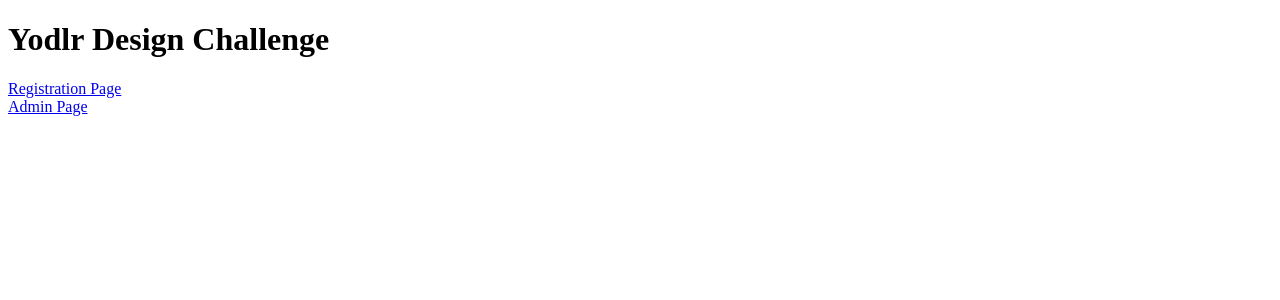
Repository: rmdayberry/yodlr-take-home
Page: public/index.html
The author's editor kept a copy of each file at every save. The page is drawn from the files as they stood at one save, then again after the next save.
The browser window is 1280 px wide. The pictures show the whole page.

Above is the page before, as saved 2024-10-09 08:40:24.

### public/index.html
<!DOCTYPE html>
<html>
<head>
  <meta charset=utf-8>
  <title>Yodlr Design Challenge</title>
</head>
<body>
  <h1>Yodlr Design Challenge</h1>
  <p>
    <a href="/signup.html">Registration Page</a><br/>
    <a href="/admin.html">Admin Page</a>
  </p>
</body>
</html>

### public/css/styles.css
@import url("https://fonts.googleapis.com/css2?family=Roboto:wght@400;500;700&display=swap");

body {
  font-family: "Roboto", sans-serif;
}

After the next save:
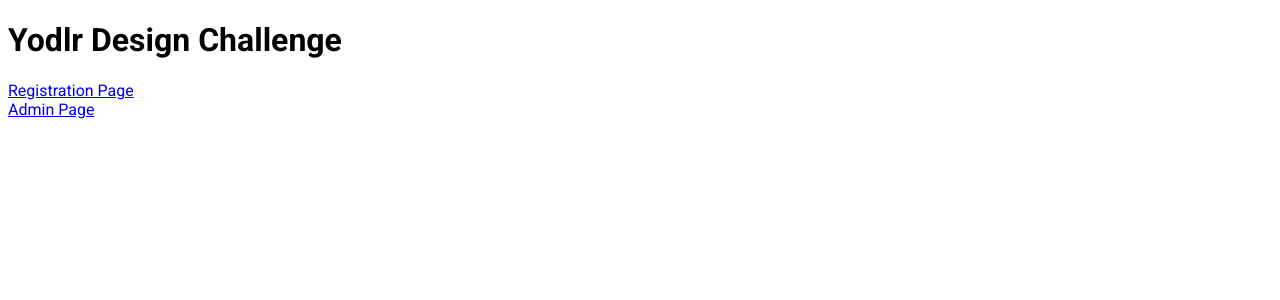
Saved 20 s later.
--- a/public/index.html
+++ b/public/index.html
@@ -1,14 +1,15 @@
 <!DOCTYPE html>
 <html>
-<head>
-  <meta charset=utf-8>
-  <title>Yodlr Design Challenge</title>
-</head>
-<body>
-  <h1>Yodlr Design Challenge</h1>
-  <p>
-    <a href="/signup.html">Registration Page</a><br/>
-    <a href="/admin.html">Admin Page</a>
-  </p>
-</body>
+  <head>
+    <meta charset="utf-8" />
+    <title>Yodlr Design Challenge</title>
+    <link rel="stylesheet" href="css/styles.css" />
+  </head>
+  <body>
+    <h1>Yodlr Design Challenge</h1>
+    <p>
+      <a href="/signup.html">Registration Page</a><br />
+      <a href="/admin.html">Admin Page</a>
+    </p>
+  </body>
 </html>
